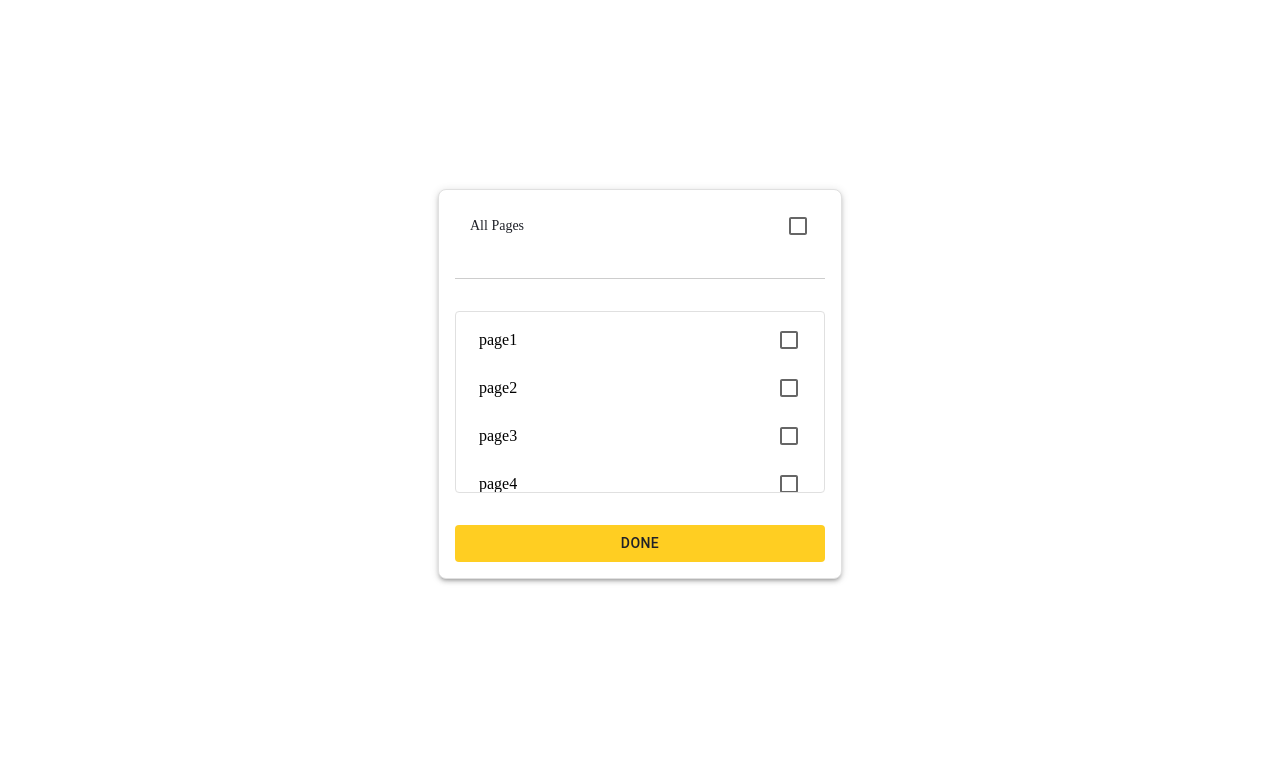
Repository: Tabishhaider72/Ellty-Test
Page: /
The author's editor kept a copy of each file at every save. The page is drawn from the files as they stood at one save, then again after the next save.
The browser window is 1280 px wide. The pictures show the whole page.
The project was rebuilt for these pictures with package versions that can differ from the ones it lists, and the page was loaded fresh each time. Also part of the build but not shown: vite.config.js, src/index.css.

Above is the page before, as saved 2024-08-28 15:40:39.

### src/App.jsx
import React, { useState } from 'react';
import Box from '@mui/material/Box';
import Checkbox from '@mui/material/Checkbox';
import FormControlLabel from '@mui/material/FormControlLabel';
import Button from '@mui/material/Button';

function PageSelector() {
  const [allChecked, setAllChecked] = useState(false);
  const [pages, setPages] = useState({
    page1: false,
    page2: false,
    page3: false,
    page4: false,
  });

  const handleAllCheck = () => {
    const newCheckedStatus = !allChecked;
    setAllChecked(newCheckedStatus);
    setPages({
      page1: newCheckedStatus,
      page2: newCheckedStatus,
      page3: newCheckedStatus,
      page4: newCheckedStatus,
    });
  };

  const handlePageCheck = (page) => {
    const newPages = { ...pages, [page]: !pages[page] };
    setPages(newPages);
    setAllChecked(Object.values(newPages).every((val) => val === true));
  };

  return (
    <Box
      sx={{
        display: 'flex',
        justifyContent: 'center',
        alignItems: 'center',
        height: '100vh',
        padding: 2,
      }}
    >
      <Box
        sx={{
          width: 370,
          backgroundColor: 'white',
          border: '1px solid',
          borderColor: 'grey.300',
          boxShadow: 3,
          borderRadius: 2,
          p: 2,
          display: 'flex',
          flexDirection: 'column',
          gap: 2,
        }}
      >
        {/* All Pages */}
        <Box
          sx={{
            display: 'flex',
            justifyContent: 'space-between',
            alignItems: 'center',
            fontFamily: 'Montserrat',
            fontWeight: 400,
            fontSize: '14px',
            lineHeight: '18px',
            color: '#1F2128',
            mb: 2,
            p: '8px 15px',
          }}
        >
          <span>All Pages</span>
          <Checkbox
            checked={allChecked}
            onChange={handleAllCheck}
            color="primary"
            sx={{ p: 0 }}
          />
        </Box>

        <Box
          sx={{
            borderBottom: '0.7px solid #CDCDCD',
            mb: 2,
          }}
        />

        {/* Page List */}
        <Box
          sx={{
            overflowY: 'auto',
            height: 164,
            mb: 2,
            border: '1px solid',
            borderColor: 'grey.300',
            borderRadius: 1,
            p: 1,
            display: 'flex',
            flexDirection: 'column',
            gap: 1,
          }}
        >
          {Object.keys(pages).map((page) => (
            <Box
              key={page}
              sx={{
                display: 'flex',
                justifyContent: 'space-between',
                alignItems: 'center',
                p: '8px 15px',
                backgroundColor: 'white',
              }}
            >
              <span>{page}</span>
              <Checkbox
                checked={pages[page]}
                onChange={() => handlePageCheck(page)}
                color="primary"
                sx={{ p: 0 }}
              />
            </Box>
          ))}
        </Box>

        <Box
          sx={{
            display: 'flex',
            justifyContent: 'center',
            mt: 'auto',
          }}
        >
          <Button
            variant="contained"
            sx={{
              width: '100%',
              borderRadius: 1,
              backgroundColor: '#FFCE22',
              color: '#1F2128',
              boxShadow: 'none',
              '&:hover': {
                backgroundColor: '#FFD84D',
                boxShadow: 'none',
              },
            }}
          >
            Done
          </Button>
        </Box>
      </Box>
    </Box>
  );
}

export default PageSelector;

Loaded but not shown: index.html (common file); src/main.jsx (common file)

After the next save:
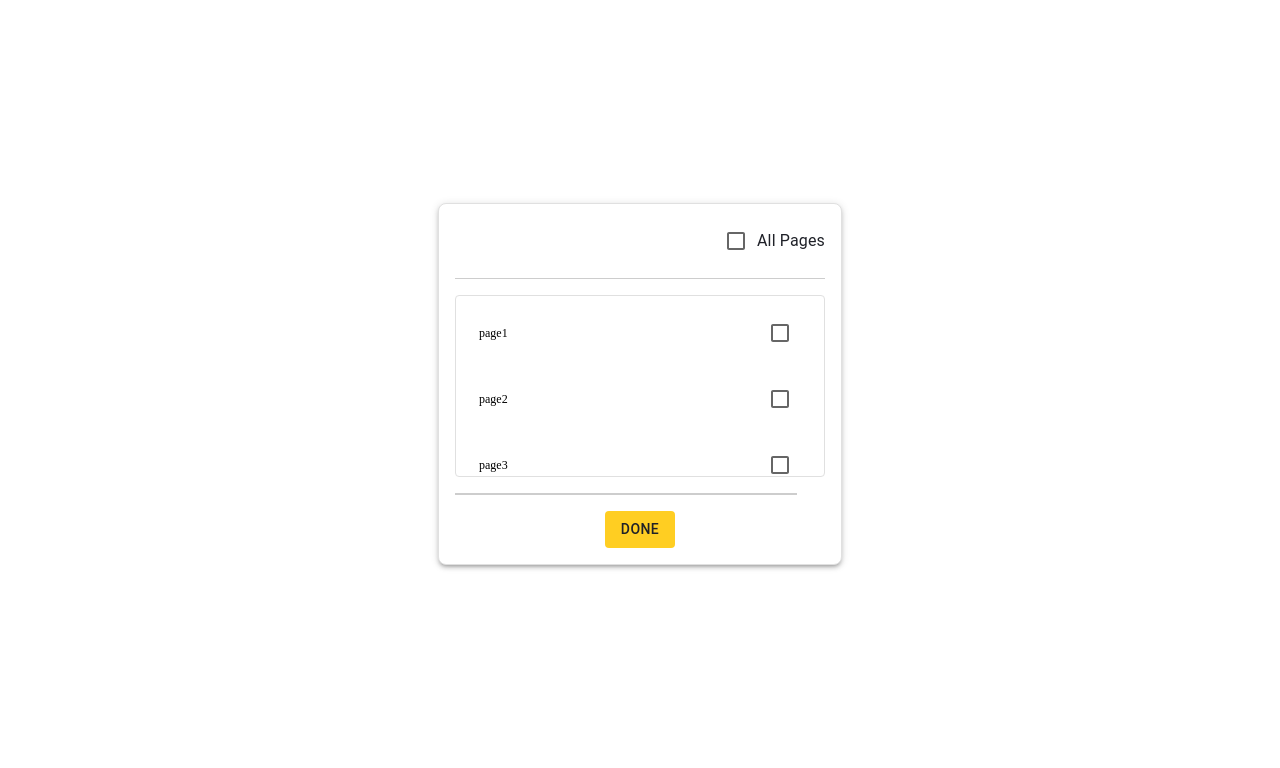
Saved 28 s later.
--- a/src/App.jsx
+++ b/src/App.jsx
@@ -10,7 +10,6 @@
     page1: false,
     page2: false,
     page3: false,
-    page4: false,
   });
 
   const handleAllCheck = () => {
@@ -20,7 +19,6 @@
       page1: newCheckedStatus,
       page2: newCheckedStatus,
       page3: newCheckedStatus,
-      page4: newCheckedStatus,
     });
   };
 
@@ -51,41 +49,47 @@
           p: 2,
           display: 'flex',
           flexDirection: 'column',
-          gap: 2,
         }}
       >
-        {/* All Pages */}
+        {/* Align "All Pages" to the right */}
         <Box
           sx={{
             display: 'flex',
-            justifyContent: 'space-between',
+            justifyContent: 'flex-end',
             alignItems: 'center',
-            fontFamily: 'Montserrat',
-            fontWeight: 400,
-            fontSize: '14px',
-            lineHeight: '18px',
-            color: '#1F2128',
             mb: 2,
-            p: '8px 15px',
           }}
         >
-          <span>All Pages</span>
-          <Checkbox
-            checked={allChecked}
-            onChange={handleAllCheck}
-            color="primary"
-            sx={{ p: 0 }}
+          <FormControlLabel
+            control={
+              <Checkbox
+                checked={allChecked}
+                onChange={handleAllCheck}
+                color="primary"
+              />
+            }
+            label="All Pages"
+            sx={{
+              fontFamily: 'Montserrat',
+              fontWeight: 400,
+              fontSize: '14px',
+              color: '#1F2128',
+              margin: 0,
+              ml: 1,
+            }}
           />
         </Box>
 
+        {/* Horizontal line */}
         <Box
           sx={{
+            width: '100%',
             borderBottom: '0.7px solid #CDCDCD',
             mb: 2,
           }}
         />
 
-        {/* Page List */}
+        {/* Page checkboxes aligned to the left */}
         <Box
           sx={{
             overflowY: 'auto',
@@ -95,9 +99,6 @@
             borderColor: 'grey.300',
             borderRadius: 1,
             p: 1,
-            display: 'flex',
-            flexDirection: 'column',
-            gap: 1,
           }}
         >
           {Object.keys(pages).map((page) => (
@@ -108,38 +109,46 @@
                 justifyContent: 'space-between',
                 alignItems: 'center',
                 p: '8px 15px',
+                mb: 1,
                 backgroundColor: 'white',
+                fontSize: '12px',
               }}
             >
-              <span>{page}</span>
+              <Box sx={{ flex: 1 }}>{page}</Box>
               <Checkbox
                 checked={pages[page]}
                 onChange={() => handlePageCheck(page)}
                 color="primary"
-                sx={{ p: 0 }}
               />
             </Box>
           ))}
         </Box>
 
+        {/* Added line */}
         <Box
           sx={{
-            display: 'flex',
-            justifyContent: 'center',
-            mt: 'auto',
+            width: 340,
+            height: 0,
+            border: '0.7px solid #CDCDCD',
+            mb: 2,
+            flex: 'none',
+            order: 0,
+            flexGrow: 0,
           }}
-        >
+        />
+
+        {/* Center "Done" button */}
+        <Box sx={{ textAlign: 'center', mt: 'auto' }}>
           <Button
             variant="contained"
             sx={{
-              width: '100%',
               borderRadius: 1,
-              backgroundColor: '#FFCE22',
-              color: '#1F2128',
-              boxShadow: 'none',
+              backgroundColor: '#FFCE22', // Website color/Orange
+              color: '#1F2128', // Black color
+              boxShadow: 'none', // Remove shadow
               '&:hover': {
-                backgroundColor: '#FFD84D',
-                boxShadow: 'none',
+                backgroundColor: '#FFD84D', // Lighter Orange color
+                boxShadow: 'none', // Remove shadow on hover
               },
             }}
           >

After the save that followed:
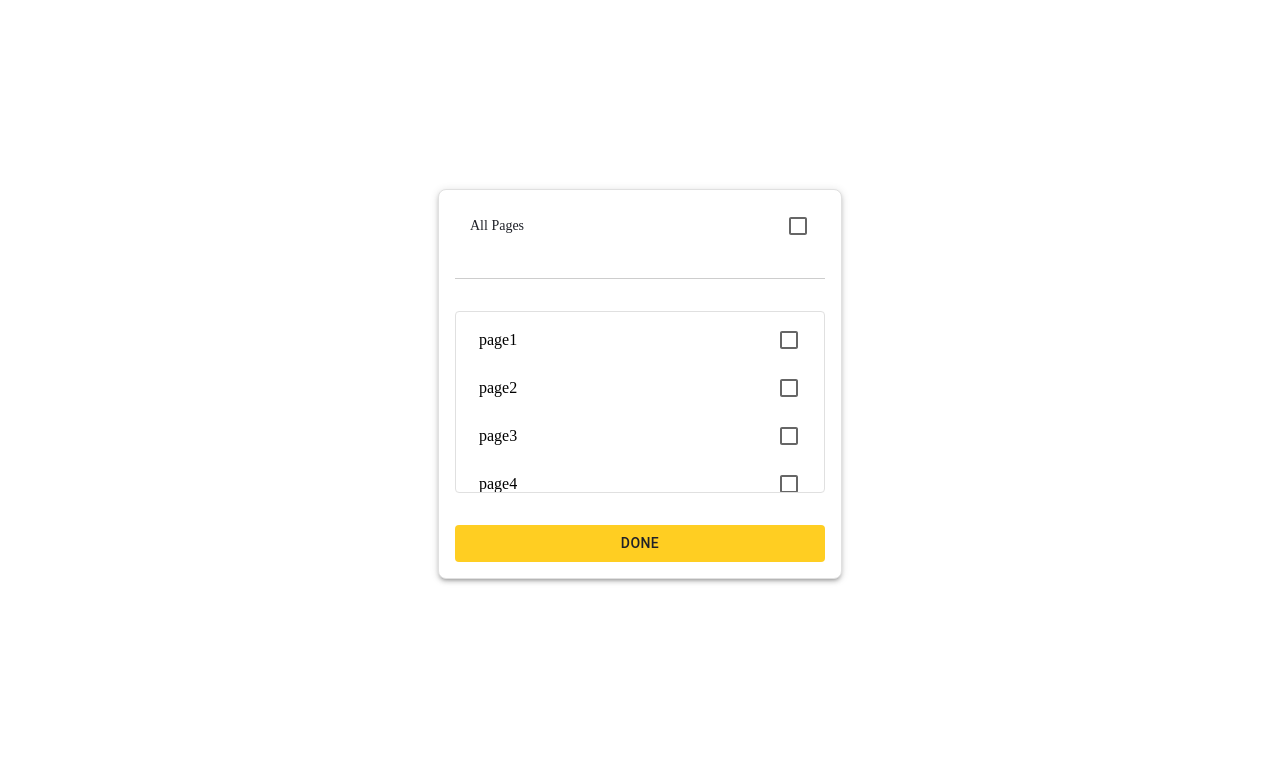
Saved 70 s later.
--- a/src/App.jsx
+++ b/src/App.jsx
@@ -10,6 +10,7 @@
     page1: false,
     page2: false,
     page3: false,
+    page4: false,
   });
 
   const handleAllCheck = () => {
@@ -19,6 +20,7 @@
       page1: newCheckedStatus,
       page2: newCheckedStatus,
       page3: newCheckedStatus,
+      page4: newCheckedStatus,
     });
   };
 
@@ -49,47 +51,41 @@
           p: 2,
           display: 'flex',
           flexDirection: 'column',
+          gap: 2,
         }}
       >
-        {/* Align "All Pages" to the right */}
+        {/* All Pages */}
         <Box
           sx={{
             display: 'flex',
-            justifyContent: 'flex-end',
+            justifyContent: 'space-between',
             alignItems: 'center',
+            fontFamily: 'Montserrat',
+            fontWeight: 400,
+            fontSize: '14px',
+            lineHeight: '18px',
+            color: '#1F2128',
             mb: 2,
+            p: '8px 15px',
           }}
         >
-          <FormControlLabel
-            control={
-              <Checkbox
-                checked={allChecked}
-                onChange={handleAllCheck}
-                color="primary"
-              />
-            }
-            label="All Pages"
-            sx={{
-              fontFamily: 'Montserrat',
-              fontWeight: 400,
-              fontSize: '14px',
-              color: '#1F2128',
-              margin: 0,
-              ml: 1,
-            }}
+          <span>All Pages</span>
+          <Checkbox
+            checked={allChecked}
+            onChange={handleAllCheck}
+            color="primary"
+            sx={{ p: 0 }}
           />
         </Box>
 
-        {/* Horizontal line */}
         <Box
           sx={{
-            width: '100%',
             borderBottom: '0.7px solid #CDCDCD',
             mb: 2,
           }}
         />
 
-        {/* Page checkboxes aligned to the left */}
+        {/* Page List */}
         <Box
           sx={{
             overflowY: 'auto',
@@ -99,6 +95,9 @@
             borderColor: 'grey.300',
             borderRadius: 1,
             p: 1,
+            display: 'flex',
+            flexDirection: 'column',
+            gap: 1,
           }}
         >
           {Object.keys(pages).map((page) => (
@@ -109,46 +108,38 @@
                 justifyContent: 'space-between',
                 alignItems: 'center',
                 p: '8px 15px',
-                mb: 1,
                 backgroundColor: 'white',
-                fontSize: '12px',
               }}
             >
-              <Box sx={{ flex: 1 }}>{page}</Box>
+              <span>{page}</span>
               <Checkbox
                 checked={pages[page]}
                 onChange={() => handlePageCheck(page)}
                 color="primary"
+                sx={{ p: 0 }}
               />
             </Box>
           ))}
         </Box>
 
-        {/* Added line */}
         <Box
           sx={{
-            width: 340,
-            height: 0,
-            border: '0.7px solid #CDCDCD',
-            mb: 2,
-            flex: 'none',
-            order: 0,
-            flexGrow: 0,
+            display: 'flex',
+            justifyContent: 'center',
+            mt: 'auto',
           }}
-        />
-
-        {/* Center "Done" button */}
-        <Box sx={{ textAlign: 'center', mt: 'auto' }}>
+        >
           <Button
             variant="contained"
             sx={{
+              width: '100%',
               borderRadius: 1,
-              backgroundColor: '#FFCE22', // Website color/Orange
-              color: '#1F2128', // Black color
-              boxShadow: 'none', // Remove shadow
+              backgroundColor: '#FFCE22',
+              color: '#1F2128',
+              boxShadow: 'none',
               '&:hover': {
-                backgroundColor: '#FFD84D', // Lighter Orange color
-                boxShadow: 'none', // Remove shadow on hover
+                backgroundColor: '#FFD84D',
+                boxShadow: 'none',
               },
             }}
           >
